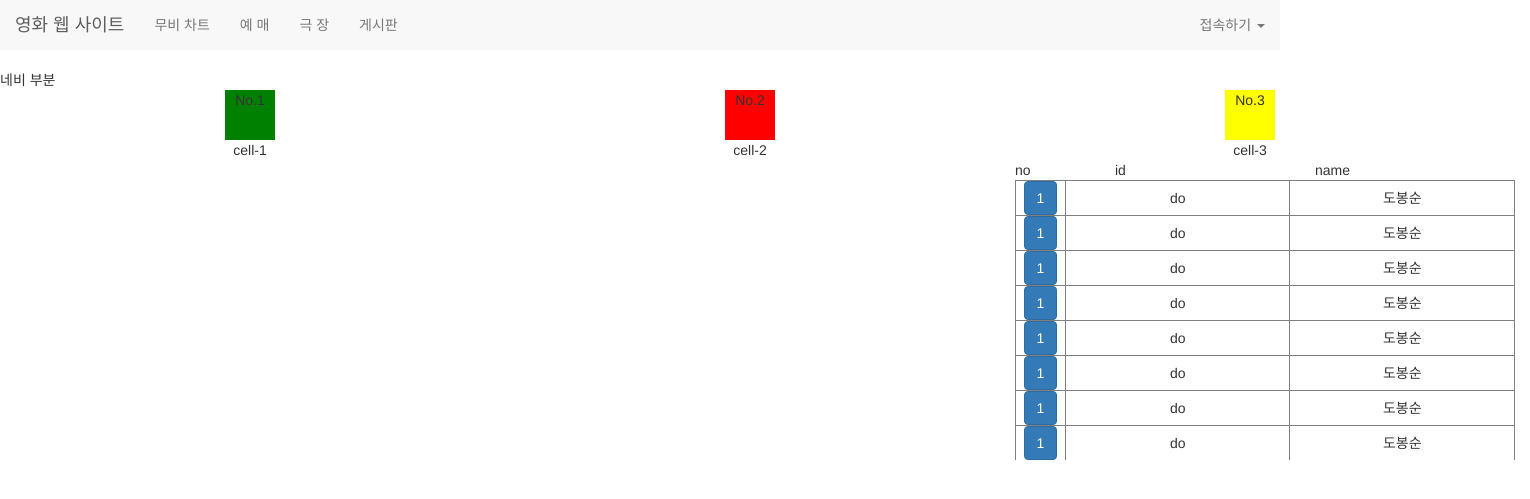
Repository: Gotaemin/java
Page: http://localhost/BBS/movieReserve.jsp
An editor plug-in stored every save of this project. The page is shown before and after the next save, followed by the edit.
The browser window is 1280 px wide. The page is 1530 px wide, so the pictures cover 1530 px, including what lies to the right of the window. The pictures show the whole page.
Some web libraries are served in a nearby version. The page is served by Tomcat 9. Other server files are loaded and not shown.

Above is the page before, as saved 2020-03-16 06:03:02.

### BBS/BBS/WebContent/movieReserve.jsp
<%@ page language="java" contentType="text/html; charset=UTF-8"
	pageEncoding="UTF-8"%>

<%@ page import="java.io.PrintWriter"%>
<%@ taglib prefix="c" uri="http://java.sun.com/jsp/jstl/core"%>

<!DOCTYPE html>
<html>
<head>
<meta charset="UTF-8">

<meta name="viewport" content="width=device-width" ,initial-scale="1">
<link rel="stylesheet" href="css/bootstrap.css">

<style type="text/css">
table {
	width: 500px;
}

#a th, #a td {
	border: 1px solid gray;
}

#movie {
	max-height: 300px;
	overflow-y: scroll;
	width: 530px;
}
</style>
<title>Insert title here</title>
</head>
<body>
	<%
		String userID = null;
		if (session.getAttribute("userID") != null) {
			userID = (String) session.getAttribute("userID");
		}
	%>

	<script src="https://code.jquery.com/jquery-3.1.1.min.js"></script>
	<script src="js/bootstrap.js"></script>


	<nav class="navbr navbar-default" style="margin-bottom: 20px;">

		<div class="navbar-header">
			<button type="button" class="navbar-toggle collapsed"
				data-toggle="collapse" data-target="#bs-example-navbar-collapse-1"
				aria-expanded="false">
				<span class="icon-bar"></span> <span class="icon-bar"></span> <span
					class="icon-bar"></span>
			</button>
			<a class="navbar-brand" href="MovieMain.jsp">영화 웹 사이트</a>
		</div>


		<div class="collapse navbar-collapse"
			id="#bs-example-navbar-collapse-1">
			<ul class="nav navbar-nav">
				<li><a href="movieList.movie">무비 차트</a></li>
				<li><a href="#">예 매</a></li>
				<li><a href="#">극 장</a></li>
				<li><a href="bbs.jsp">게시판</a></li>
			</ul>

			<%
				if (userID == null) {
			%>
			<ul class="nav navbar-nav navbar-right">
				<li class="dropdown"><a href="#" class="dropdown-toggle"
					data-toggle="dropdown" role="button" aria-haspopup="true"
					aria-expanded="false">접속하기 <span class="caret"></span>
				</a>

					<ul class="dropdown-menu">
						<li><a href="login.jsp">로그인</a></li>
						<li><a href="join.jsp">회원가입</a></li>
					</ul></li>
			</ul>
			<%
				} else {
			%>
			<ul class="nav navbar-nav navbar-right">
				<li class="dropdown"><a href="#" class="dropdown-toggle"
					data-toggle="dropdown" role="button" aria-haspopup="true"
					aria-expanded="false">회원관리 <span class="caret"></span>
				</a>

					<ul class="dropdown-menu">
						<li><a href="logout.jsp">로그아웃</a></li>

					</ul></li>
			</ul>
			<%
				}
			%>

		</div>
	</nav>

	<div id="container">

		<div class="navi">네비 부분</div>


		<div class="test_body" style="display: table; table-layout: fixed; word-break: break-all; width: 1500px; height: 500px; background: skyblue">
			<div style="display: table-row;">
				<div align=center style="display: table-cell; background: white;">
					<div class="test_content"
						style="width: 50px; height: 50px; background: green">No.1</div>
					cell-1

				</div>







				<div align=center style="display: table-cell; background: white;">
					<div class="test_content"
						style="width: 50px; height: 50px; background: red">No.2</div>
					cell-2

				</div>






				<div align=center style="display: table-cell; background: white;">
					<div class="test_content"
						style="width: 50px; height: 50px; background: yellow">No.3</div>
					cell-3
					<div id="movie">
						<table>
							<colgroup>
								<col width="20%">
								<col width="40%">
								<col width="40%">
							</colgroup>
							<thead>
								<tr>
									<td>no</td>
									<td>id</td>
									<td>name</td>
								</tr>
							</thead>
						</table>
						<div>
							<table>
								<colgroup>
									<col width="10%">
									<col width="45%">
									<col width="45%">
								</colgroup>
								<tbody id="a">
									<%
										for (int i = 0; i < 10; i++) {
									%>
									<tr style="text-align: center;">
										<td><input class="btn btn-primary" type="button" value="1"></td>
										<td>do</td>
										<td>도봉순</td>
									</tr>

									<%
										}
									%>
								</tbody>
							</table>
						</div>
					</div>
				</div>
			</div>

<!-- 			body -->
		</div>







	</div>



</body>
</html>

Loaded but not shown: BBS/BBS/WebContent/css/bootstrap.css (library); BBS/BBS/WebContent/js/bootstrap.js (library)

After the next save:
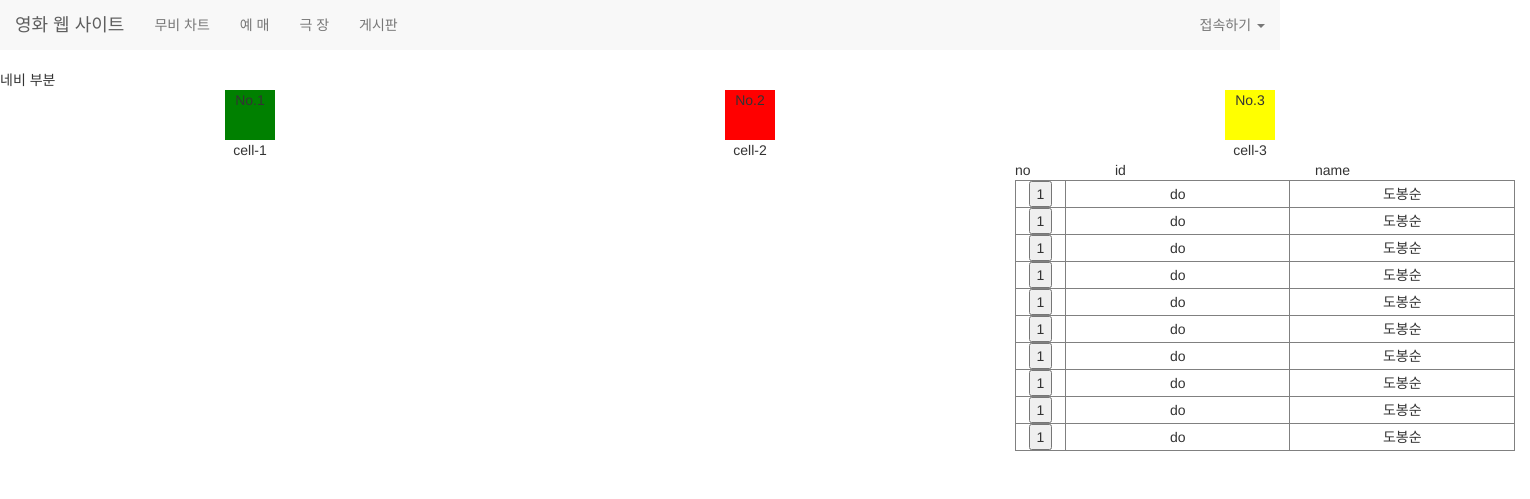
Saved 10 s later.
--- a/BBS/BBS/WebContent/movieReserve.jsp
+++ b/BBS/BBS/WebContent/movieReserve.jsp
@@ -161,7 +161,7 @@
 										for (int i = 0; i < 10; i++) {
 									%>
 									<tr style="text-align: center;">
-										<td><input class="btn btn-primary" type="button" value="1"></td>
+										<td><input  type="button" value="1"></td>
 										<td>do</td>
 										<td>도봉순</td>
 									</tr>

After the save that followed:
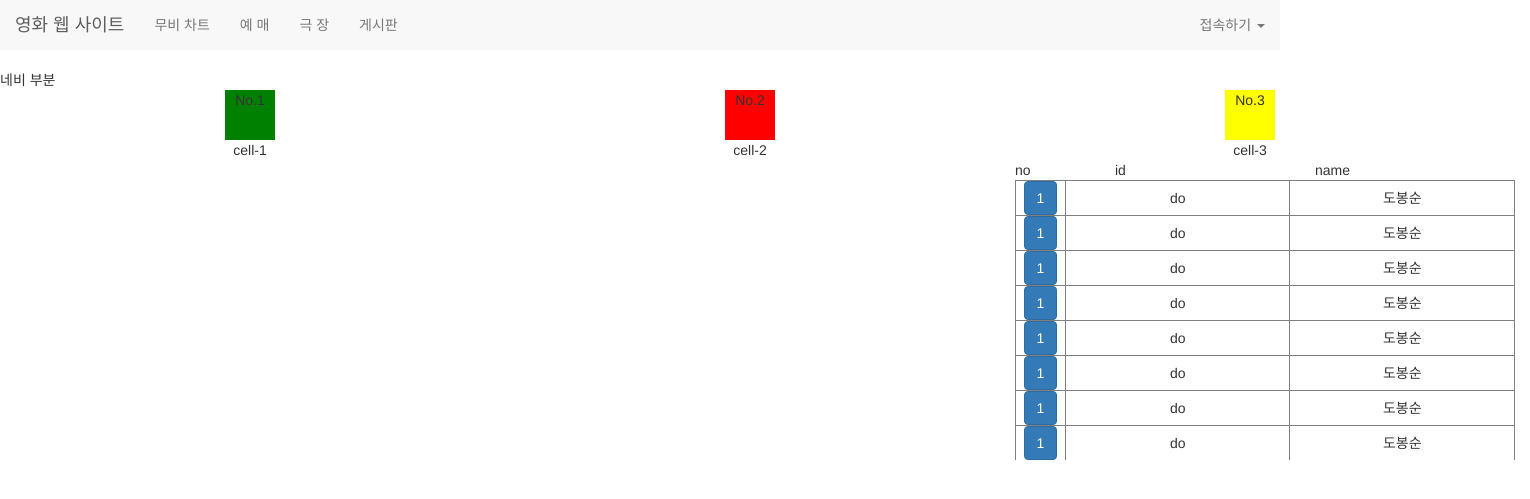
Saved 7 s later.
--- a/BBS/BBS/WebContent/movieReserve.jsp
+++ b/BBS/BBS/WebContent/movieReserve.jsp
@@ -161,7 +161,7 @@
 										for (int i = 0; i < 10; i++) {
 									%>
 									<tr style="text-align: center;">
-										<td><input  type="button" value="1"></td>
+										<td><input class="btn btn-primary" type="button" value="1"></td>
 										<td>do</td>
 										<td>도봉순</td>
 									</tr>
